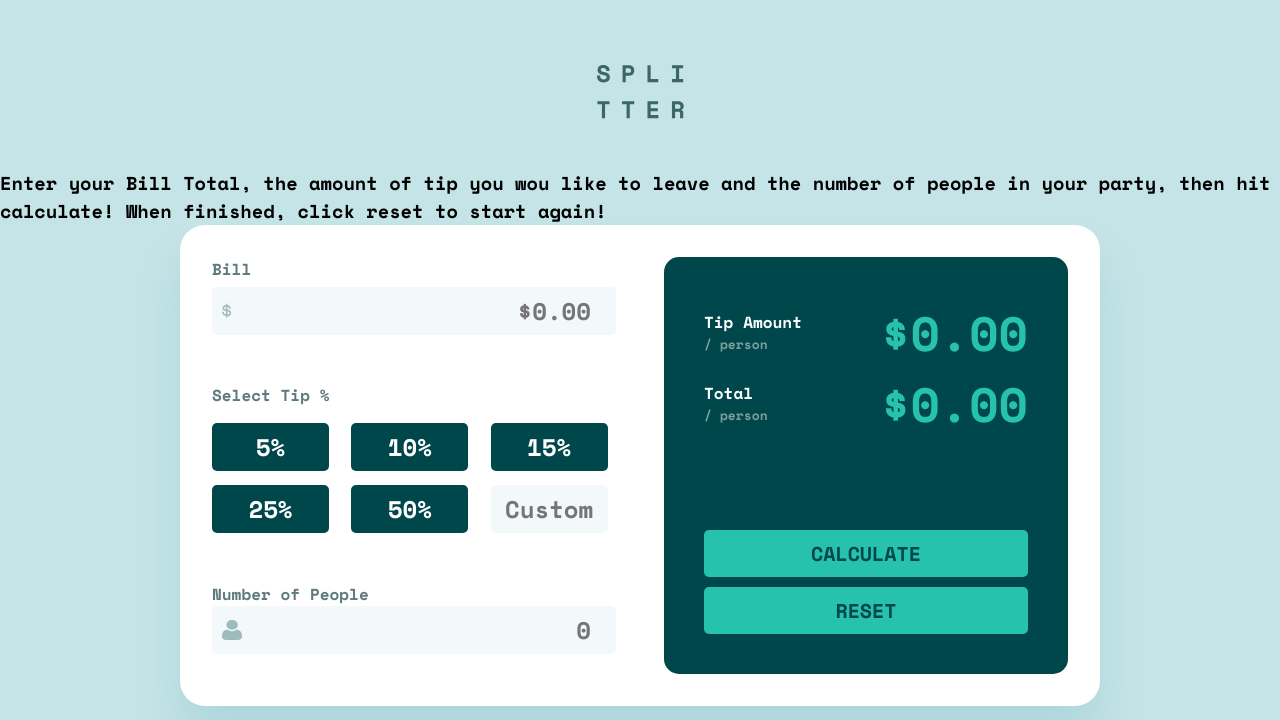
Repository: brandontaylor1/splitter
Page: index.html
An editor plug-in stored every save of this project. The page is shown before and after a run of saves, followed by the edit.
The browser window is 1280 px wide. The pictures show the whole page.

Above is the page before, as saved 2025-02-07 14:06:53.

### index.html
<!DOCTYPE html>
<html lang="en">
<head>
    <meta charset="UTF-8">
    <meta name="viewport" content="width=device-width, initial-scale=1.0">
    <link rel="preconnect" href="https://fonts.googleapis.com">
    <link rel="preconnect" href="https://fonts.gstatic.com" crossorigin>
    <link href="https://fonts.googleapis.com/css2?family=Space+Mono:ital,wght@0,400;0,700;1,400;1,700&display=swap" rel="stylesheet">
    <link rel="stylesheet" href="styles.css">
    <title>Splitter | Tip Calculator</title>
</head>
<body>
    <img src="./assets/images/logo.svg" id="logo-image" alt="logo image">
    <h1 class="error-message" id="form-error"></h1>
    <h3>Enter your Bill Total, the amount of tip you wou like to leave and the number of people in your party, then hit calculate! When finished, click reset to start again!</h3>
    <main class="container">
        <form>
            <div class="left-column">
                <div class="bill-input">
                    <div class="bill-titles">
                        <h2>Bill</h2>
                        <p class="error-message" id="bill-error"></p>
                    </div>
                    <div class="bill-input-with-icon">
                        <input type="number" min="0.00" max="10000.00" id="bill-input" placeholder="$0.00">
                    </div>
                </div>
                <div class="tip-input">
                    <div class="tip-titles">
                        <h2 id="select-tip-title">Select Tip %</h2>
                        <p class="error-message" id="tip-error"></p>
                    </div>
                    <div class="tip-buttons">
                        <button type="button" class="tip-button" value=".05">5%</button>
                        <button type="button" class="tip-button" value=".10">10%</button>
                        <button type="button" class="tip-button" value=".15">15%</button>
                        <button type="button" class="tip-button" value=".25">25%</button>
                        <button type="button" class="tip-button" value=".50">50%</button>
                        <input type="text" id="custom-tip" placeholder="Custom">
                    </div>
                </div>
                <div class="number-of-people-input">
                    <div class="people-titles">
                        <h2 id="number-of-people-title">Number of People</h2>
                        <p class="error-message" id="people-error"></p>
                    </div>
                    <div class="person-input-with-icon">
                        <input type="number" id="number-of-people-input" placeholder="0">
                    </div>
                </div>
            </div>
        </form>
        <div class="right-column">
                <div class="info-container">
                    <div class="tip-calculations">
                        <div class="tip-amount">
                            <div class="info">
                                <h3>Tip Amount</h3>
                                <p>/ person</p>
                            </div>
                            <div class="amount">
                                <h1 id="tip-amount">$0.00</h1>
                            </div>
                        </div>
                        <div class="total">
                            <div class="info">
                                <h3>Total</h3>
                                <p>/ person</p>
                            </div>
                            <div class="amount">
                                <h1 id="total-amount">$0.00</h1>
                            </div>
                        </div>
                    </div>
                    <div class="button-container">
                        <button type="button" id="calculate-button">
                            CALCULATE
                        </button>
                        <button type="button" id="reset-button">
                            RESET
                        </button>
                    </div>
        </div>
    </main>

    <script src="index.js"></script>
</body>
</html>

### styles.css
* {
    box-sizing: border-box;
    margin: 0;
    padding: 0;
}

:root {
    --background-color: #C5E4E7;
    --input-button-color: #00474B;
    --primary-white: #fff;
    --calculated-numbers-color: #26C2AE;
    --input-title-color: #5E7A7D;
    --input-background-color: #F3F9FA;
    --input-icon-color: #9EBBBD;
    --title-text-color: #3D6666;
    --custom-input-color: #547878;
}

/* UTILITY CLASSES */
.space-mono-regular {
    font-family: "Space Mono", serif;
    font-weight: 400;
    font-style: normal;
  }

  .space-mono-bold {
    font-family: "Space Mono", serif;
    font-weight: 700;
    font-style: normal;
  }

  .space-mono-regular-italic {
    font-family: "Space Mono", serif;
    font-weight: 400;
    font-style: italic;
  }

  .space-mono-bold-italic {
    font-family: "Space Mono", serif;
    font-weight: 700;
    font-style: italic;
  }


body {
    background-color: #C5E4E7;
    height: 100vh;
    width: 100%;
    display: flex;
    flex-direction: column;
    justify-content: center;
    align-items: center;
    font-family: "Space Mono", monospace;
}

#logo-image {
    margin: 50px 0;
}

h3 {
    with:
}

.container {
    background-color: var(--primary-white);
    width: 920px;
    height: 481px;
    border-radius: 25px;
    box-shadow: 0px 32px 43px 0px rgba(79, 166, 175, 0.20);
    display: grid;
    gap: 48px;
    grid-template-columns: 1fr 1fr;
    padding: 32px;
}

.left-column {
    display: flex;
    flex-direction: column;
    justify-content: space-between;
    width: 100%;
    height: 100%;
}

.right-column {
    grid-column: 2 / 3;
    width: 100%;
    height: 100%;
    border-radius: 15px;
    background-color: var(--input-text-color);
}

input {
    height: 48px;
    width: 100%;
    padding: 10px;
    display: flex;
    flex-direction: row;
    justify-content: space-between;
    background-color: var(--input-background-color);
    border: none;
    border-radius: 5px;
    margin-bottom: 20px;
}

.person-input-with-icon input{
    width: 100%;
    font-family: "Space Mono", monospace;
    font-size: 24px;
    color: #00474B;
    font-weight: 600;
    background-image: url("./assets/images/icon-person.svg");
    background-repeat: no-repeat;
    background-position: 10px center;
    background-size: 20px 20px;
    text-align: right;
}

#bill-input {
    width: 100%;
    font-family: "Space Mono", monospace;
    font-size: 24px;
    font-weight: 600;
}

#number-of-people-input {
    width: 100%;
    font-family: "Space Mono", monospace;
    font-size: 24px;
    color: #00474B;
    font-weight: 600;
}

.bill-input-with-icon input {
    width: 100%;
    font-family: "Space Mono", monospace;
    font-size: 24px;
    color: #00474B;
    font-weight: 600;
    background-image: url("./assets/images/icon-dollar.svg");
    background-repeat: no-repeat;
    background-position: 10px center;
    background-size: auto 15px;
    text-align: right;
}

.bill-input h2 {
    font-size: 16px;
    color: var(--input-title-color);
    margin-bottom: 6px;
}

.tip-buttons {
    display: grid;
    grid-template-columns: repeat(3, 1fr);
    gap: 14px;
}

#select-tip-title {
    color: #5E7A7D;
    font-size: 16px;
    margin-bottom: 16px;
}

.tip-button {
    width: 117px;
    height: 48px;
    flex-shrink: 0;
    border: none;
    border-radius: 5px;
    background-color: #00474B;
    color: var(--primary-white);
    font-family: "Space Mono", monospace;
    font-size: 24px;
    font-weight: 600;
}


.tip-button:hover {
    background-color: #26C2AE;
    color: #00474B;
}

.active {
    background-color: #26C2AE;
    color: #00474B;
}

.disabled {
    background-color: #00474B;
    color: #5E7A7D;
    opacity: .5;
}

#custom-tip {
    width: 117px;
    height: 48px;
    flex-shrink: 0;
    text-align: center;
    font-size: 24px;
    font-weight: 600;
    font-family: "Space Mono", monospace;
}

#number-of-people-title {
    color: #5E7A7D;
    font-size: 16px;
}


.right-column {
    background-color: #00474B;
    padding: 40px;
    display: flex;
    flex-direction: column;
    justify-content: space-between;
}

.info-container {
    display: flex;
    flex-direction: column;
    justify-content: space-between;
    height: 100%;

}

.tip-amount, .total {
    display: flex;
    flex-direction: row;
    justify-content: space-between;
    align-items: center;
    color: var(--primary-white);
}

.amount {
    color: #26C2AE;
    font-size: 24px;
    font-family: "Space Mono", monospace;
}

.info h3 {
    font-size: 16px;
    color: var(--primary-white);
}

.info p {
    font-size: 13px;
    color: #7F9D9F;
    font-family: "Space Mono", monospace;
    font-weight: 700;
}

.button-container {
    display: flex;
    flex-direction: column;


}

#calculate-button   {
    padding: 9px 40px;
    text-align: center;
    border: none;
    cursor: pointer;
    background-color: #26C2AE;
    color: #00474B;
    border-radius: 5px;
    font-size: 20px;
    font-weight: 600;
    font-family: "Space Mono", monospace;
    margin-bottom: 10px;
}

#reset-button {
    padding: 9px 40px;
    text-align: center;
    border: none;
    cursor: pointer;
    background-color: #26C2AE;
    color: #00474B;
    border-radius: 5px;
    font-size: 20px;
    font-weight: 600;
    font-family: "Space Mono", monospace;
}

.error-message {
    color: red;
    font-size: 10px;
}

.bill-titles, .people-titles, .tip-titles {
    display: flex;
    flex-direction: row;
    justify-content: space-between;
    align-items: center;
}

#form-error {
    font-size: 18px;
}

@media screen and (max-width: 852px) {
    .container {
        width: 90%;
        height: 100%;
        display: flex;
        flex-direction: column;
        justify-content: space-between;
        padding: 20px;
    }

    .right-column {
        grid-column: 1 / 2;
        width: 100%;
        height: 100%;
        border-radius: 15px;
        background-color: var(--input-text-color);
    }

    .left-column {
        display: flex;
        flex-direction: column;
        justify-content: space-between;
        width: 100%;
        height: 100%;
    }

    .right-column {
        background-color: #00474B;
        padding: 40px;
        display: flex;
        flex-direction: column;
        justify-content: space-between;
    }

    .info-container {
        display: flex;
        flex-direction: column;
        justify-content: space-between;
        height: 100%;
    }

    .tip-amount, .total {
        display: flex;
        flex-direction: row;
        justify-content: space-between;
        align-items: center;
        color: var(--primary-white);
    }

    .amount {
        color: #26C2AE;
        font-size: 24px;
        font-family: "Space Mono", monospace;
    }

    .info h3 {
        font-size: 16px;
        color: var(--primary-white);
    }

    .info p {
        font-size: 13px;
        color: #7F9D9F;
        font-family: "Space Mono", monospace;
        font-weight: 700;
    }

    .button-container {
        display: flex;
        flex-direction: column;
    }

    #calculate-button   {
        padding: 9px 40px;
        text-align: center;
        border: none;
        cursor: pointer;
        background-color: #26C2AE;
        color: #00474B;
        border-radius: 5px;
        font-size: 20px;
        font-weight: 600;
        font-family: "Space Mono", monospace;
        margin-bottom: 10px;
    }

    #reset-button {
        padding: 9px 40px;
        text-align: center;
        border: none;
        cursor: pointer;
        background-color: #26C2AE;
    }
}

### index.js
const billInput = document.querySelector("#bill-input");
const peopleInput = document.querySelector("#number-of-people-input");
const tipAmountElement = document.getElementById("tip-amount");
const totalAmountElement = document.getElementById("total-amount");
const tipButtons = document.querySelectorAll('.tip-button')

const calculateBtn = document.querySelector("#calculate-button");
const resetBtn = document.querySelector("#reset-button");
const formError = document.querySelector('#form-error')
const peopleError = document.querySelector("#people-error");
const billError = document.querySelector('#bill-error')
const tipError = document.querySelector('#tip-error')

let billAmount = 0
let tipPercentage = 0
let numberOfPeople = 0

tipButtons.forEach(button => {
    button.addEventListener('click', () => {
        if(button.classList.contains('active')) {
            button.classList.remove('active')
        } else {
            button.classList.add('active')
        }
        tipPercentage = button.value
        console.log(tipPercentage)
    })
})

function validateAmount(input) {
    if(!isNaN(input) && input !== "" && input > 0) {
        const dollarAmount = parseFloat(input);
        billAmount = dollarAmount;
    } else {
        console.log("Invalid input. Please enter a valid number");
        billError.textContent = "Please enter a valid number";
    }
}

function validatePeople(input) {
    if(!isNaN(input) && input !== "" && input > 0) {
        const people = parseFloat(input);
        numberOfPeople = people;
        console.log(numberOfPeople)
    } else {
        console.log("Invalid input. Please enter a valid number");
        peopleError.textContent = "Please enter a valid number";
    }
}

function calculateTipAmount(bill, tipCalculated, people) {
    return (bill * tipCalculated) / people
}

function calculateTotalAmount(bill, tipAmount, people) {
    return (bill + tipAmount) / people

}

calculateBtn.addEventListener("click", () => {
    let hasError = false;

    // if(billAmount === undefined || tipPercentage === undefined || numberOfPeople === undefined) {
    //     formError.innerText = "Please fill out all fields";
    //     hasError = true;
    // }

    if (billAmount === undefined || billAmount === "" || billAmount === 0) {
        billError.innerText = "Please enter a bill amount";
        hasError = true;
        tip.innerText = "$0.00";
        total.innerText = "$0.00";
    } else {
        billError.innerText = "";
    }

    if (tipPercentage === undefined || tipPercentage === "" || tipPercentage === 0) {
        tipError.innerText = "Please select a tip percentage";
        hasError = true;
        tip.innerText = "$0.00";
        total.innerText = "$0.00";
    } else {
        tipError.innerText = "";
    }

    if (numberOfPeople === undefined || numberOfPeople === "" || numberOfPeople === 0) {
        peopleError.innerText = "Please enter a valid number";
        hasError = true;
        tip.innerText = "$0.00";
        total.innerText = "$0.00";
    } else {
        peopleError.innerText = "";
    }


    const tipAmount = calculateTipAmount(billAmount, tipPercentage, numberOfPeople)
    const totalAmount = calculateTotalAmount(billAmount, tipAmount, numberOfPeople)

    tipAmountElement.innerText = `$${tipAmount.toFixed(2)}`;
    totalAmountElement.innerText = `$${totalAmount.toFixed(2)}`;

    calculateBtn.disabled = true;

})

resetBtn.addEventListener("click", () => {
    billInput.value = ""
    peopleInput.value = ""
    tipAmount = 0
    totalBill = 0
    tipAmountElement.innerText = "$0.00"
    totalAmountElement.innerText = "$0.00"
    tipButtons.forEach(button => {
        button.classList.remove('active')
    })
    tipPercentage = 0
    billAmount = 0
    numberOfPeople = 0
    formError.innerText = ""
    billError.innerText = ""
    tipError.innerText = ""
    peopleError.innerText = ""

    calculateBtn.disabled = false

})

billInput.addEventListener("input", () => {
    console.log(billInput.value);
    validateAmount(billInput.value);
})

peopleInput.addEventListener("input", () => {
    console.log(peopleInput.value);
    validatePeople(peopleInput.value);
})

After the next 4 saves:
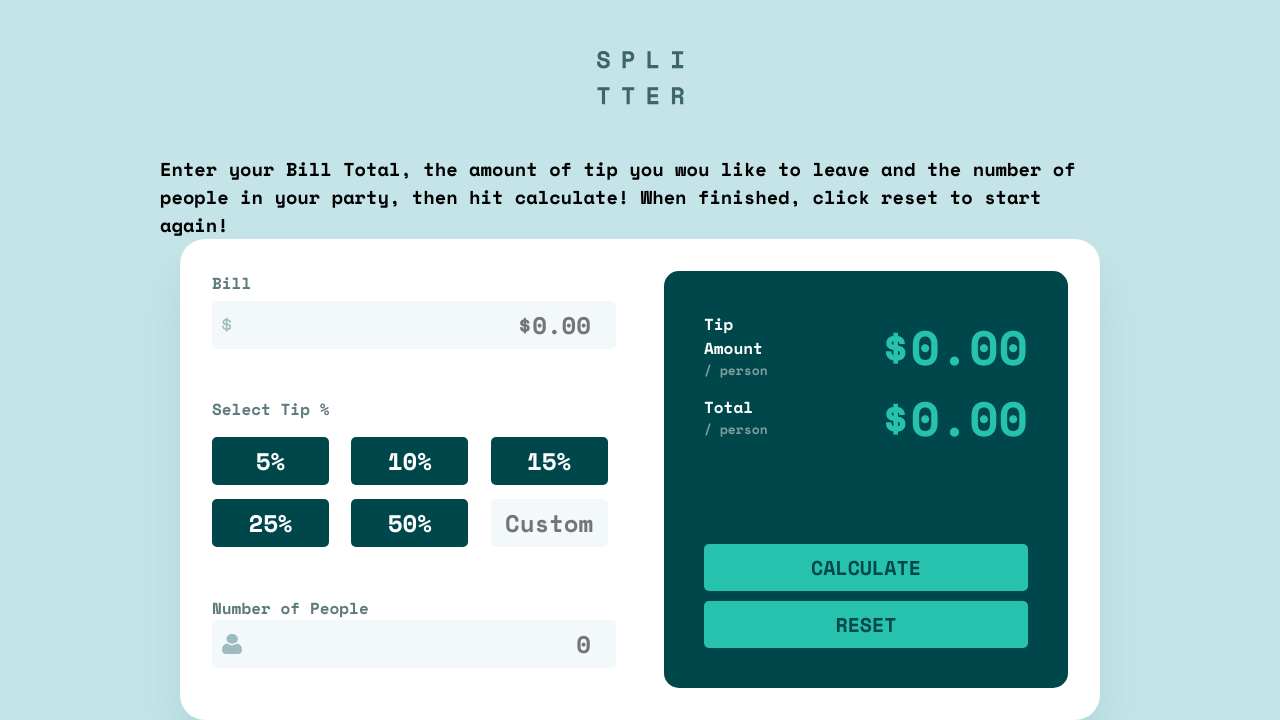
The 4 saves are shown as one change because they came seconds apart.
The last was saved 11 s later.
--- a/styles.css
+++ b/styles.css
@@ -58,7 +58,7 @@ body {
 }
 
 h3 {
-    with:
+    width: 75%
 }
 
 .container {
